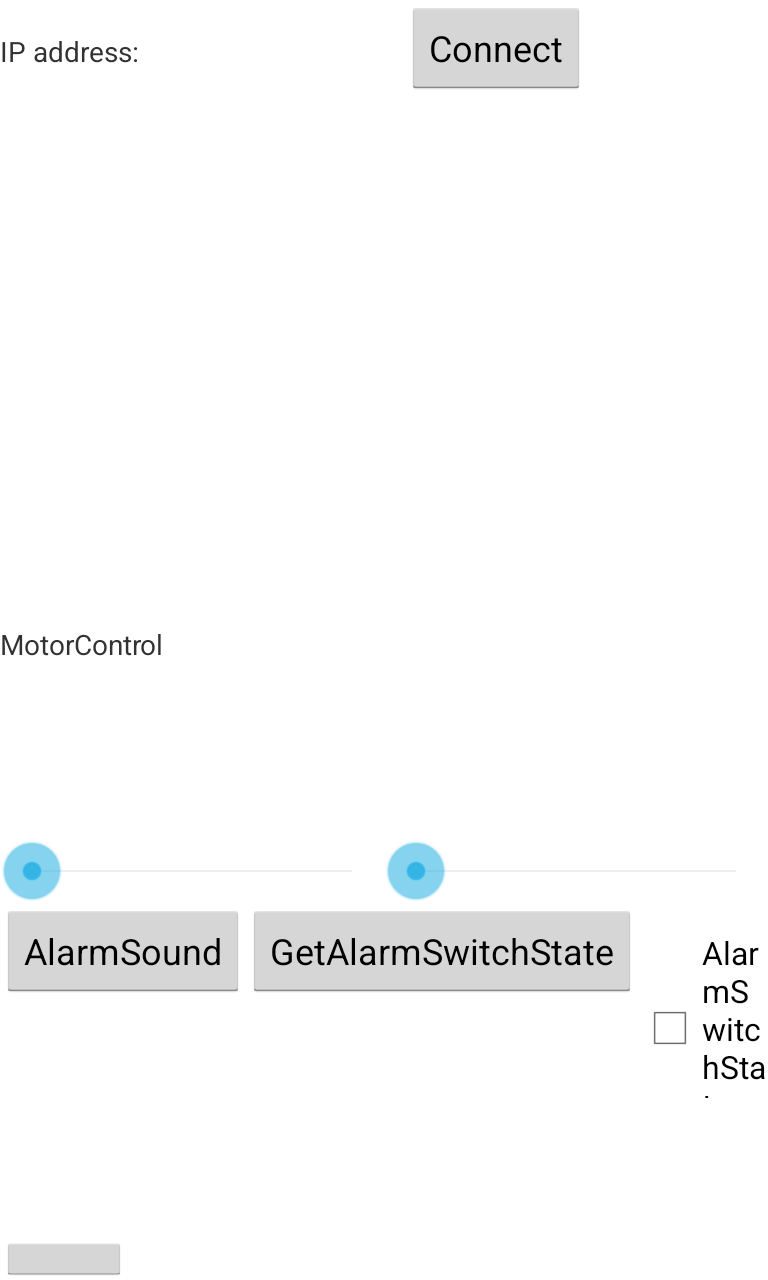
Repository: takugoto/2WD-car
Layout: workspace/SS2012FPGAtest/res/layout/activity_main.xml
These files come from the project's save history. The layout is drawn as it stood at one moment and after the next save; the edit follows.
It is drawn on a 768 x 1280 px phone screen (xhdpi) without system bars, with theme AppTheme; the app's code is not run.

Above is the layout before, as saved 2013-01-10 06:49:23.

After the next save:
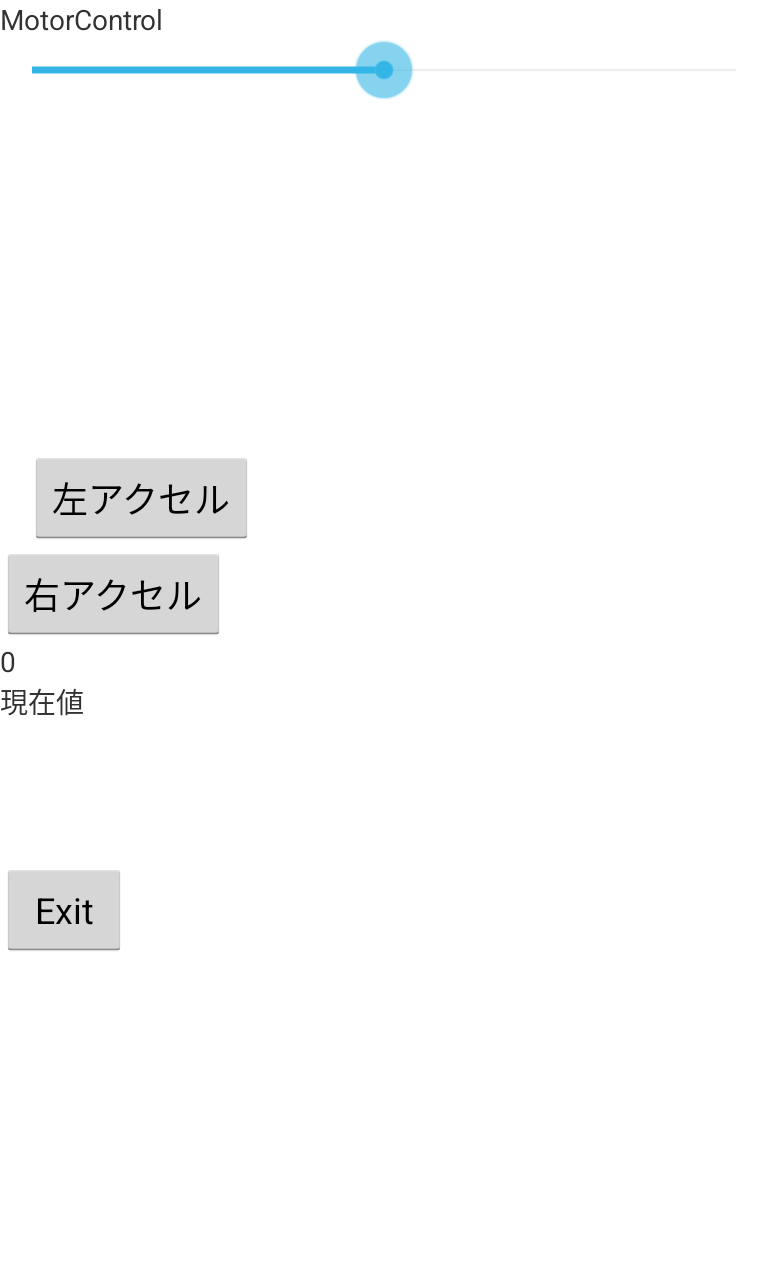
Saved 10 min 12 s later.
--- a/workspace/SS2012FPGAtest/res/layout/activity_main.xml
+++ b/workspace/SS2012FPGAtest/res/layout/activity_main.xml
@@ -3,41 +3,6 @@
     android:layout_width="match_parent"
     android:layout_height="match_parent"
     android:orientation="vertical" >
-
-
-    <LinearLayout
-        android:layout_width="wrap_content"
-        android:layout_height="wrap_content"
-        android:layout_alignParentTop="true" >
-
-        <TextView
-            android:id="@+id/textView1"
-            android:layout_width="wrap_content"
-            android:layout_height="wrap_content"
-            android:text="IP address:"
-            tools:context=".MainActivity" />
-
-        <EditText
-            android:id="@+id/editTextIPaddress"
-            android:layout_width="wrap_content"
-            android:layout_height="wrap_content"
-            android:layout_marginLeft="133dp"
-            android:layout_weight="1"
-            android:ems="10"
-            android:hint="192.168..."
-            android:inputType="none"
-            android:text="192.168.10.100" >
-
-            <requestFocus />
-        </EditText>
-
-        <Button
-            android:id="@+id/buttonConnect"
-            android:layout_width="wrap_content"
-            android:layout_height="wrap_content"
-            android:layout_marginRight="241dp"
-            android:text="Connect" />
-    </LinearLayout>
 
     <LinearLayout
         android:layout_width="fill_parent"
@@ -58,18 +23,13 @@
             android:layout_weight="1" >
 
             <SeekBar
-                android:id="@+id/seekBarLeft"
+                android:id="@+id/seekBar1"
                 android:layout_width="match_parent"
                 android:layout_height="wrap_content"
-                android:layout_marginTop="88dp"
-                android:layout_weight="1" />
+                android:layout_marginBottom="25dp"
+                android:max="2000"
+                android:progress="1000" />
 
-            <SeekBar
-                android:id="@+id/seekBarRight"
-                android:layout_width="match_parent"
-                android:layout_height="wrap_content"
-                android:layout_marginTop="88dp"
-                android:layout_weight="1" />
         </LinearLayout>
 
     </LinearLayout>
@@ -79,26 +39,43 @@
         android:layout_height="wrap_content"
         android:layout_gravity="center_horizontal" >
 
-        <Button
-            android:id="@+id/buttonAlarmSound"
-            android:layout_width="wrap_content"
-            android:layout_height="wrap_content"
-            android:layout_gravity="center_horizontal"
-            android:text="AlarmSound" />
+    </LinearLayout>
 
-        <Button
-            android:id="@+id/buttonGetAlarmSwitchState"
-            android:layout_width="wrap_content"
-            android:layout_height="wrap_content"
-            android:text="GetAlarmSwitchState" />
+    <Button
+        android:id="@+id/button1"
+        android:layout_width="wrap_content"
+        android:layout_height="wrap_content"
+        android:layout_marginLeft="14dp"
+        android:layout_marginTop="149dp"
+        android:text="左アクセル" />
 
-        <CheckBox
-            android:id="@+id/checkBoxAlarmSwitchState"
-            android:layout_width="wrap_content"
-            android:layout_height="wrap_content"
-            android:text="AlarmSwitchState" />
+    <Button
+        android:id="@+id/button3"
+        android:layout_width="wrap_content"
+        android:layout_height="wrap_content"
+        android:layout_alignBaseline="@+id/button1"
+        android:layout_alignBottom="@+id/button1"
+        android:layout_alignParentRight="true"
+        android:layout_marginRight="15dp"
+        android:text="右アクセル" />
 
-    </LinearLayout>
+    <TextView
+        android:id="@+id/textView2"
+        android:layout_width="wrap_content"
+        android:layout_height="wrap_content"
+        android:layout_above="@+id/seekBar1"
+        android:layout_alignRight="@+id/button3"
+        android:text="0" />
+
+    <TextView
+        android:id="@+id/textView3"
+        android:layout_width="wrap_content"
+        android:layout_height="wrap_content"
+        android:layout_above="@+id/seekBar1"
+        android:layout_marginRight="18dp"
+        android:layout_toLeftOf="@+id/textView2"
+        android:text="現在値" />
+
 
     <LinearLayout
         android:layout_width="wrap_content"
